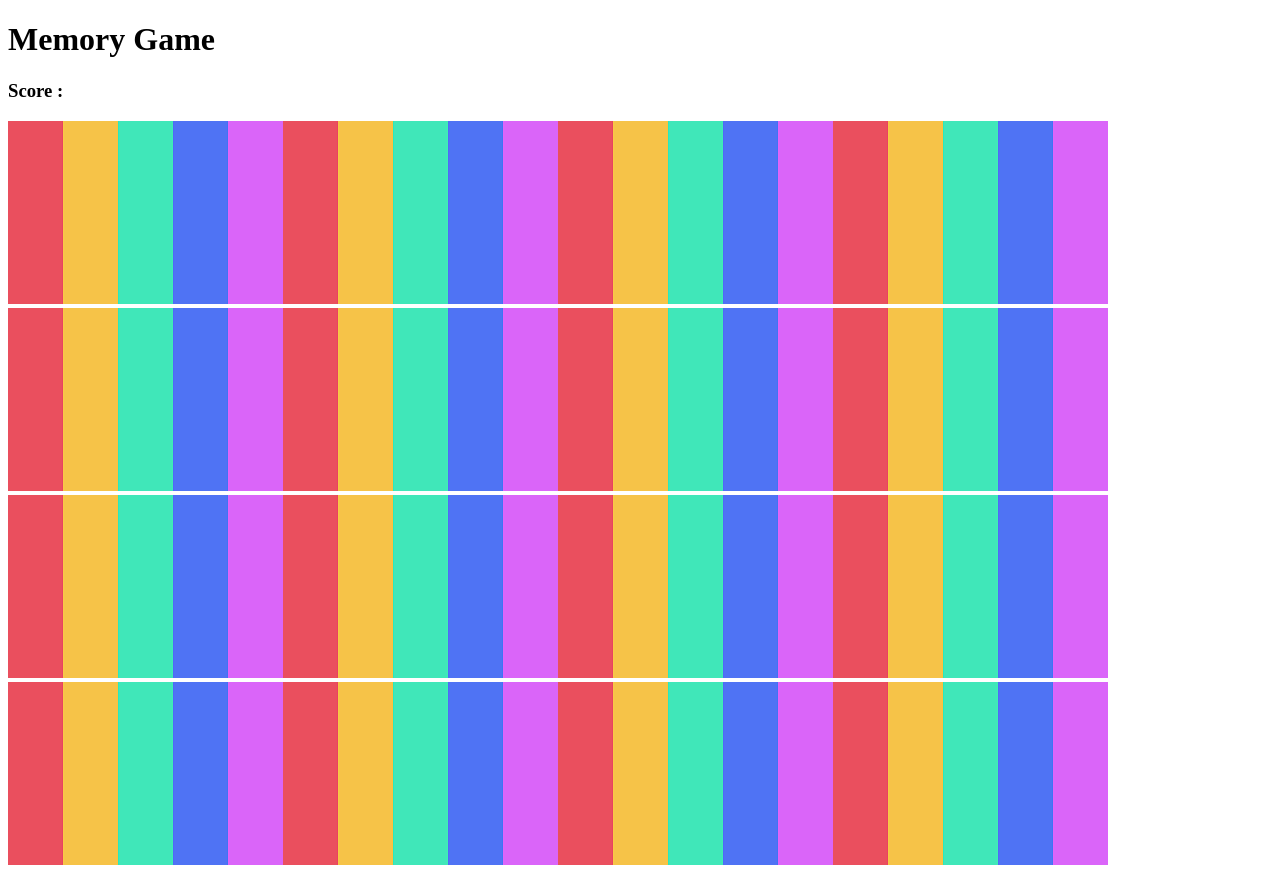
Repository: divyaravada/javascript-games
Page: memory-game/memorygame.html
An editor plug-in stored every save of this project. The page is shown before and after the next save, followed by the edit.
The browser window is 1280 px wide. The pictures show the whole page.

Above is the page before, as saved 2022-03-15 14:45:08.

After the next save:
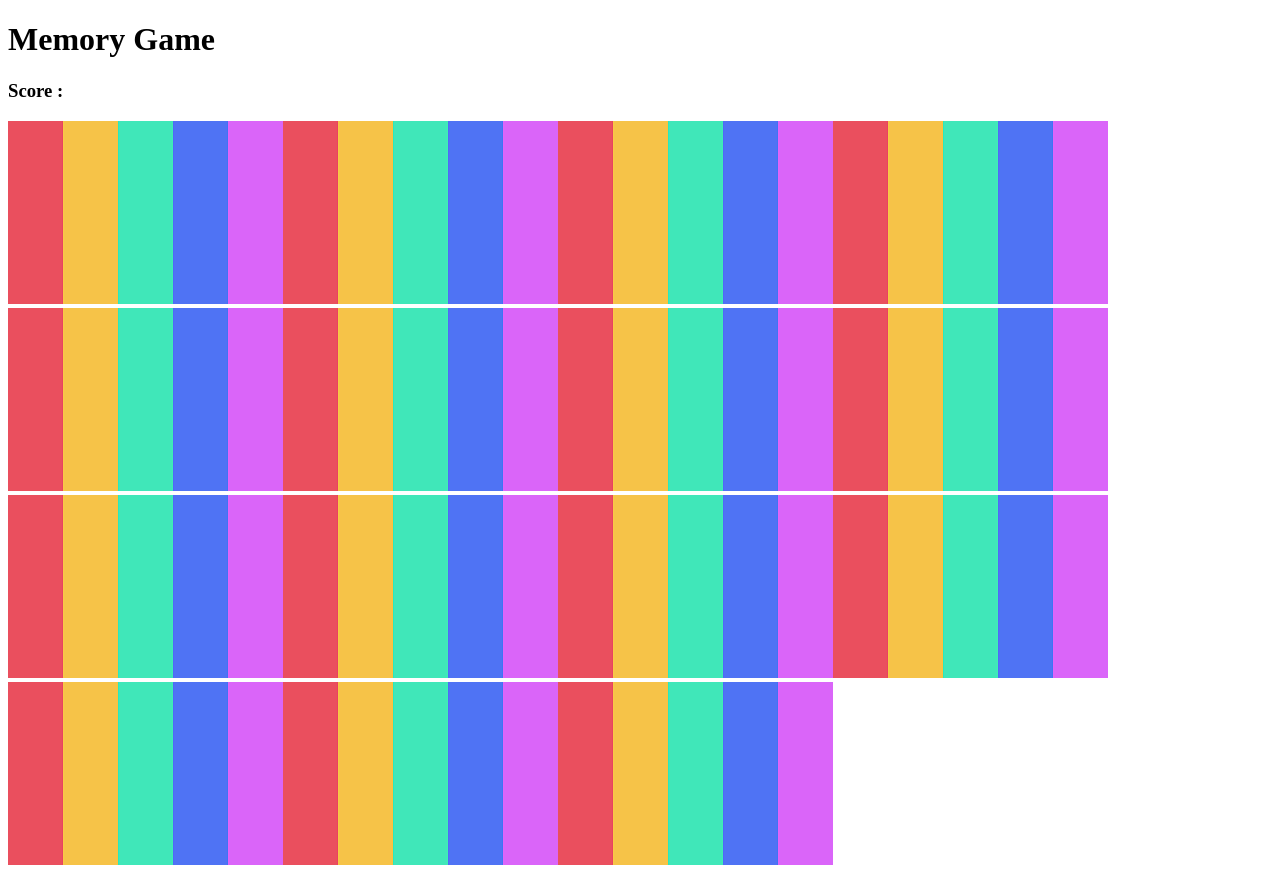
Saved 19 s later.
--- a/memory-game/memory.js
+++ b/memory-game/memory.js
@@ -70,7 +70,7 @@ cardArray.sort(() => 0.5 - Math.random());
 const gridDisplay = document.querySelector("#grid");
 
 function createBoard() {
-  for (let i = 0; i < 16; i++) {
+  for (let i = 0; i < 15; i++) {
     const card = document.createElement("img");
     card.setAttribute("src", "images/rainbow.png");
     card.setAttribute("data-id", i);
